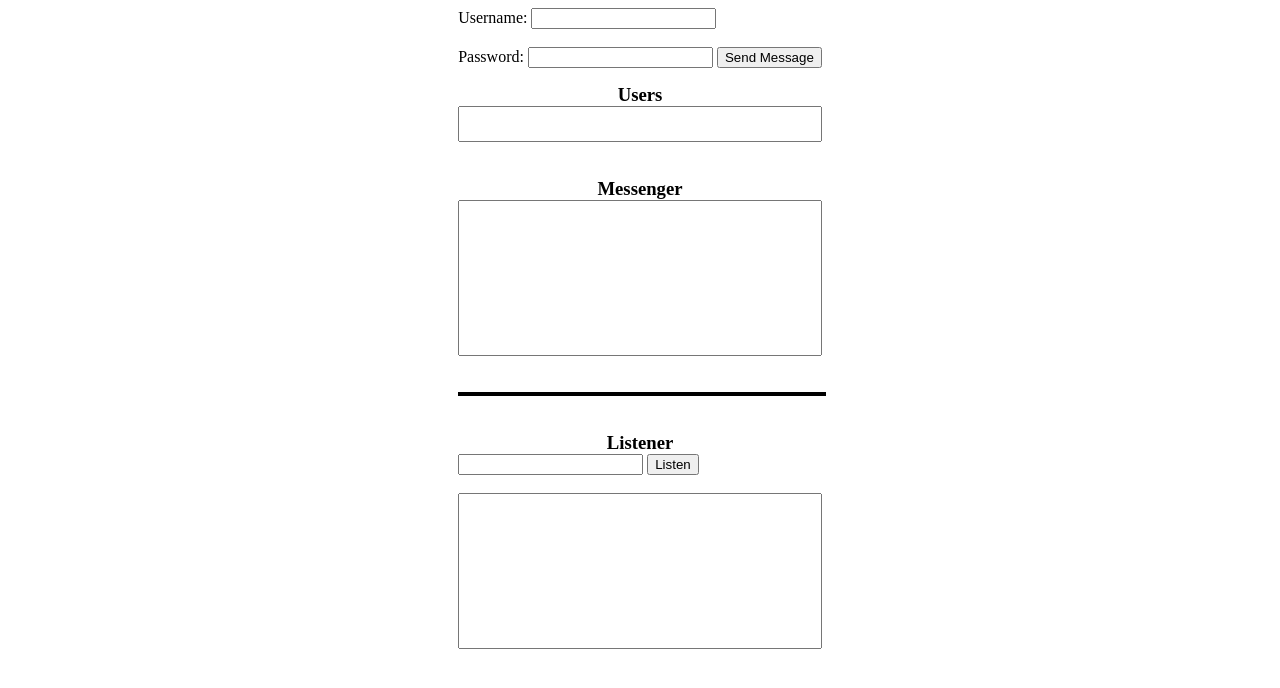
Repository: hosua/it-202
Page: http://localhost/
An editor plug-in stored every save of this project. The page is shown before and after the next save, followed by the edit.
The browser window is 1280 px wide. The pictures show the whole page.
The page is run by PHP 8.4 with error messages shown; the project is at /var/www/html/. Queries for data that is not in the repository find no rows.

Above is the page before, as saved 2022-12-02 06:04:43.
Console error: ReferenceError: $ is not defined

### assign5/index.php
<html>
<div class="container">
    <?php
include 'info.php';

ini_set("display_errors", 1); // debugging
ini_set("display_startup_errors", 1); // debugging

if (mysqli_connect_errno()) {
    echo "Failed to connect to MySQL: " . mysqli_connect_error();
    exit();
}
?>

    <form method=post action="index.php">
        <label for=user>Username: </label>
        <input type=text id=user name=user>
        <br> <br>
        <label for=pass>Password: </label>
        <input type=password id=pass name=pass>
        <input type="submit" value="Send Message">
    </form>

    <h3 style="margin: auto;"> Users </h3>
    <!-- User list -->
    <textarea readonly id=active-users name=active-users cols=20 rows=2>
<?php
$sql = "SELECT * FROM Users;";
$query_res = $conn->query($sql);
while ($row = $query_res->fetch_assoc()) {
    echo $row['username'] . " ";
}
?>
</textarea>
    <!-- Messenger -->
    <br> <br>
    <h3 style="margin: auto;"> Messenger </h3>
<textarea id=messenger name=messenger cols=40 rows=10>
</textarea>
    <br> <br>
    <span class=warning id=warning>
<?php
    // error message here if user fails to login
?>
    </span>
    <br> <br>
    <!-- Listener -->
    <h3 style="margin: auto;"> Listener </h3>
    <label for=listener-name>
        <input type=text id=listener-name name=listener-name>
        <button type=button id=listener-button>Listen</button>
        <br> <br>
    <textarea id=listener name=listener cols=40 rows=10>
    </textarea>
</div> <!-- listener-container -->

<link rel="stylesheet" href="styles.css">

</html>


<script>
    $.ajax({
        url: 'set-chat.php',
        type: 'post',
        data: {'set-chat': '1'},
        success: function(response){console.log(response);}
    });
    // keyup event => ajax behavior
    // 1st group of ajax functions -- http1 object & functions
    // content copied to database, php does SQL update
</script>

### assign5/info.php
<?php
	session_start();
	$dbserver= "localhost";
	$dbuser= "hoswoo";
	$dbpass = "m1z0m1z0";
	$dbname = "it202";

	$active_page = basename($_SERVER["PHP_SELF"], ".php");

	// This is how to make a .php page unvisitable.
	// User should never be able to visit this page since it only holds information and functions.
	if ( $_SERVER['REQUEST_METHOD']=='GET' && realpath(__FILE__) == realpath( $_SERVER['SCRIPT_FILENAME'] ) ) {
		header("location: index.php");
	}

	$conn = mysqli_connect($dbserver,$dbuser,$dbpass,$dbname);
	if (mysqli_connect_errno()){ echo "Failed to connect to MySQL: " . mysqli_connect_error(); exit(); }
?>

<link rel="stylesheet" href="styles.css">

### assign5/styles.css
.warning {
    border: 2px solid black;
    background-color: red;
    position: relative;
    width: 100%;
}

.container {
    display: grid;
    justify-content: center;
    align-items: center;
}

#active-users {
    resize: none;
}

#messenger {
    resize: none;
}

#listener {
    position: relative;
    width: 100%;
    resize: none;
}

After the next save:
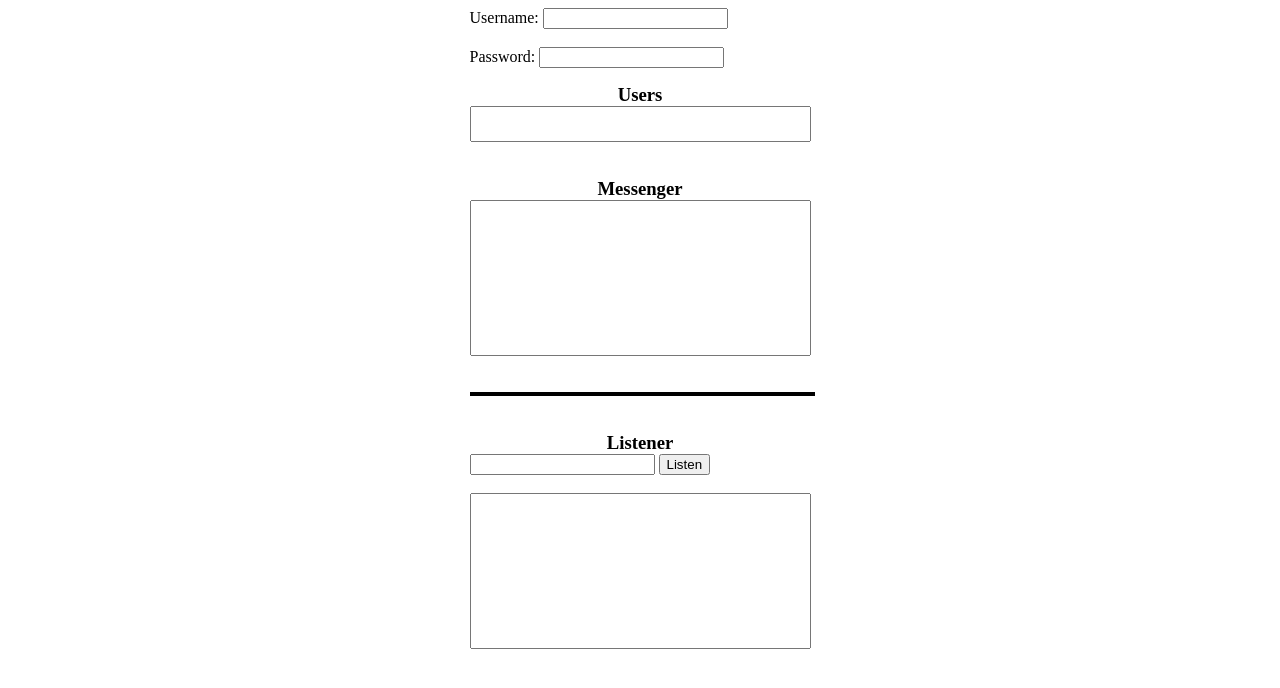
Saved 3 min 3 s later.
--- a/assign5/index.php
+++ b/assign5/index.php
@@ -18,7 +18,6 @@ if (mysqli_connect_errno()) {
         <br> <br>
         <label for=pass>Password: </label>
         <input type=password id=pass name=pass>
-        <input type="submit" value="Send Message">
     </form>
 
     <h3 style="margin: auto;"> Users </h3>
